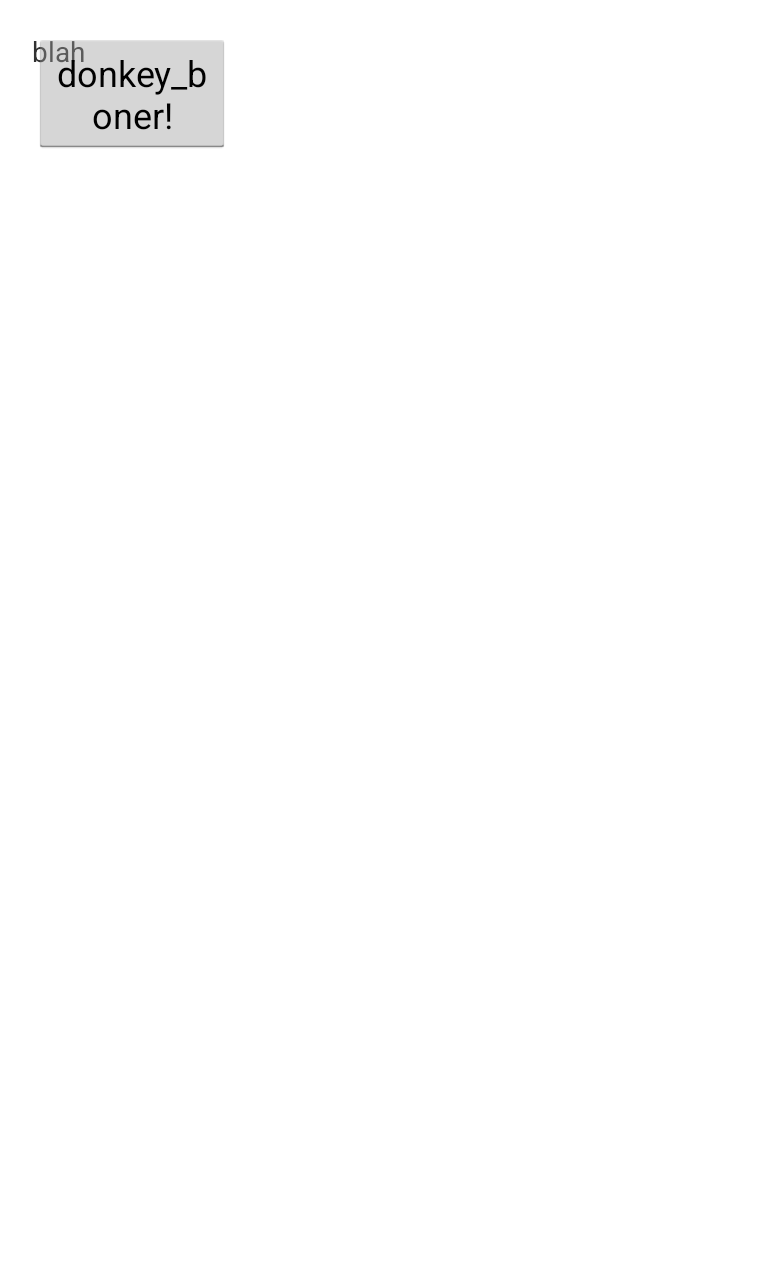
Repository: me222rs/AndroidLab1
Layout: Lab1/res/layout/activity_main.xml
These files come from the project's save history. The layout is drawn as it stood at one moment and after the next save; the edit follows.
It is drawn on a 768 x 1280 px phone screen (xhdpi) without system bars, with theme AppTheme; the app's code is not run.

Above is the layout before, as saved 2014-11-13 15:03:22.

After the next save:
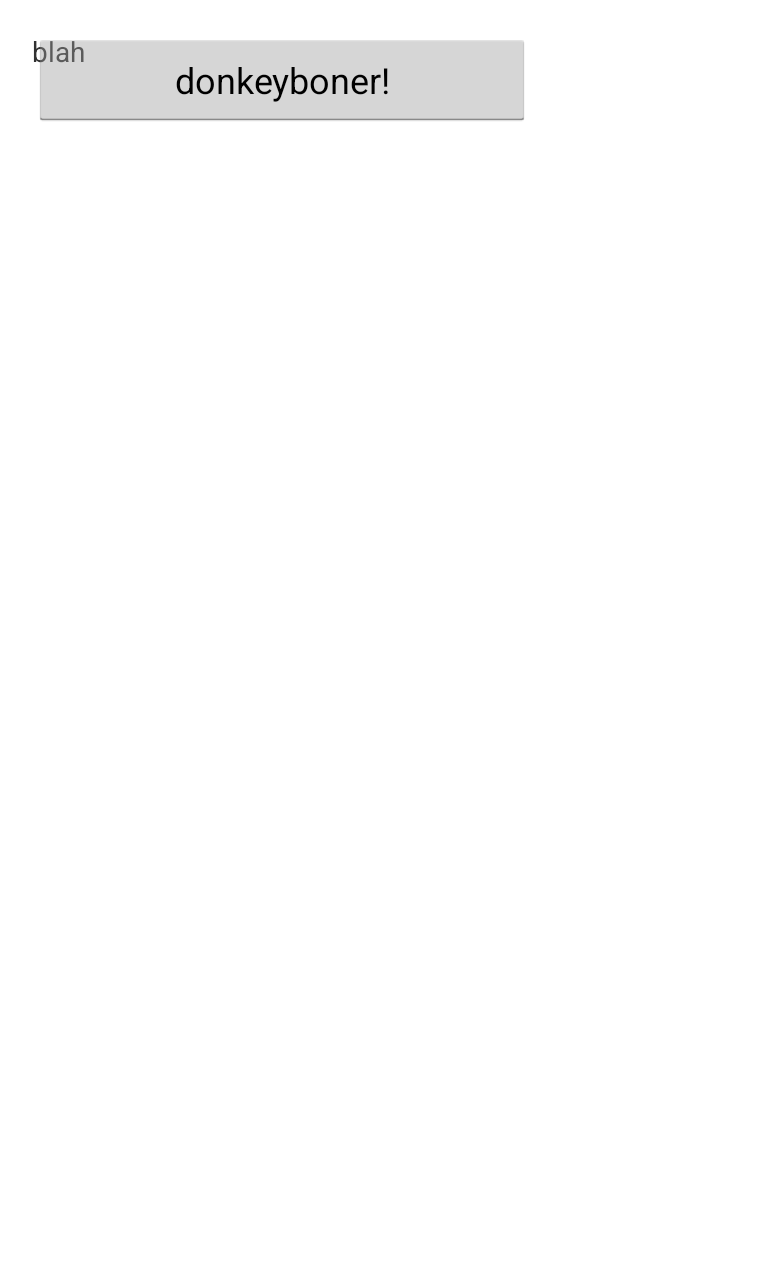
Saved 43 s later.
--- a/Lab1/res/layout/activity_main.xml
+++ b/Lab1/res/layout/activity_main.xml
@@ -19,8 +19,8 @@
 
     <Button
     	android:layout_height="wrap_content"
-     	android:layout_width="100dp"
-    	android:text="donkey_boner!"
+     	android:layout_width="250dp"
+    	android:text="donkeyboner!"
     />
 
 </RelativeLayout>
